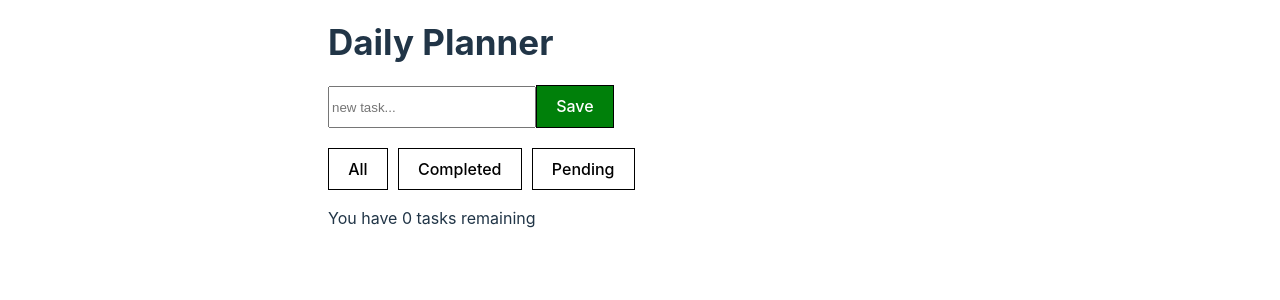
Repository: leslie179/lab4
Page: / (app in lab4/)
The author's editor kept a copy of each file at every save. The page is drawn from the files as they stood at one save, then again after a run of saves.
The browser window is 1280 px wide. The pictures show the whole page.
The project was rebuilt for these pictures with package versions that can differ from the ones it lists, and the page was loaded fresh each time. Also part of the build but not shown: lab4/vite.config.js, lab4/src/components/Task.jsx.

Above is the page before, as saved 2024-10-27 18:39:36.

### lab4/src/App.jsx
import { useState } from 'react'
import './App.css'

import Task from './components/Task'
import TaskForm from './components/TaskForm'

function App() {
  const [tasks, setTasks] = useState([])
  const [filter, setFilter] = useState("All")

  const remainingTasks = tasks.filter(task => !task.completed).length;

  return (
    <div>
      <h1>Daily Planner</h1>
      <TaskForm setTasks={setTasks} />

      <button className="filter-button" onClick={() => setFilter("All")}>All</button>
      <button className="filter-button" onClick={() => setFilter("Completed")}>Completed</button>
      <button className="filter-button" onClick={() => setFilter("Pending")}>Pending</button>

      <p>You have {remainingTasks} task{remainingTasks !== 1 ? 's' : ''} remaining</p>

      <ul>
        {tasks && tasks.filter((task) => {
          if (filter === "All") {
            return true;
          } else if (filter === "Completed") {
            return task.completed;
          } else if (filter === "Pending") {
            return !task.completed;
          }
          return true;
        }).map((task, i) => {
          return <Task key={i} task={task} setTasks={setTasks} index={i} />
        })}
      </ul>
    </div>
  )
}

export default App;

### lab4/src/App.css
#root {
  max-width: 1280px;
  text-align: left;
  padding-left: 20rem;
}

h1{
  font-size: 35px;
}

.filter-button{
  border: 1px solid black;
  background-color: white;
  margin-right: 10px;
  margin-top: 20px;
  border-radius: 0px;
}

.save{
  background-color: #00800a;
  border-radius: 0px;
  border: 1px solid black;
  padding-top:2mm;
  height:43px;
  color: white;

}

.input{
width:200px;
height:36px;
}

.read-the-docs {
  color: #888;
}

### lab4/src/components/TaskForm.jsx
import { useState } from "react"

function TaskForm({ setTasks }) {
    const [currentTask, setCurrentTask] = useState()
    const save = () => {
        setTasks((currentTasks) => { // trick to get current state
            // im just naming it tmp for temporary
            const tmpTasks = [...currentTasks] // deep copy (tmpTasks is just a copy of currentTasks cause you cant just copy an array)
            tmpTasks.push({ task: currentTask, completed: false })
            return tmpTasks
        })
        setCurrentTask("")
    }
    // the onChange is a function that runs everytime the input text changes
    // everytime the input text changes update the state with the value of the text input
    return <div>
        <input className="input" type="text" onChange={(e) => setCurrentTask(e.target.value)} placeholder="new task..."/>
        <button className="save" onClick={() => save()}>Save</button>
    </div>
}

export default TaskForm

Loaded but not shown: lab4/index.html (common file); lab4/src/main.jsx (common file); lab4/src/index.css (common file)

After the next 2 saves:
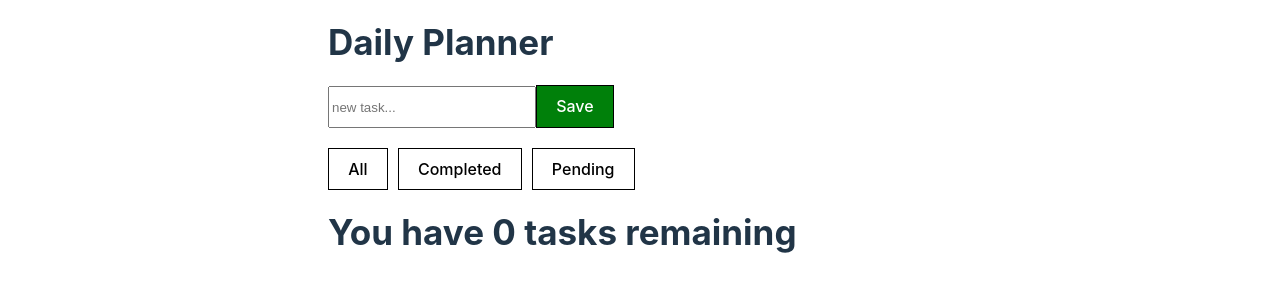
The 2 saves are shown as one change because they came seconds apart.
The last was saved 14 s later.
--- a/lab4/src/App.jsx
+++ b/lab4/src/App.jsx
@@ -19,7 +19,7 @@ function App() {
       <button className="filter-button" onClick={() => setFilter("Completed")}>Completed</button>
       <button className="filter-button" onClick={() => setFilter("Pending")}>Pending</button>
 
-      <p>You have {remainingTasks} task{remainingTasks !== 1 ? 's' : ''} remaining</p>
+      <h1>You have {remainingTasks} task{remainingTasks !== 1 ? 's' : ''} remaining</h1>
 
       <ul>
         {tasks && tasks.filter((task) => {
